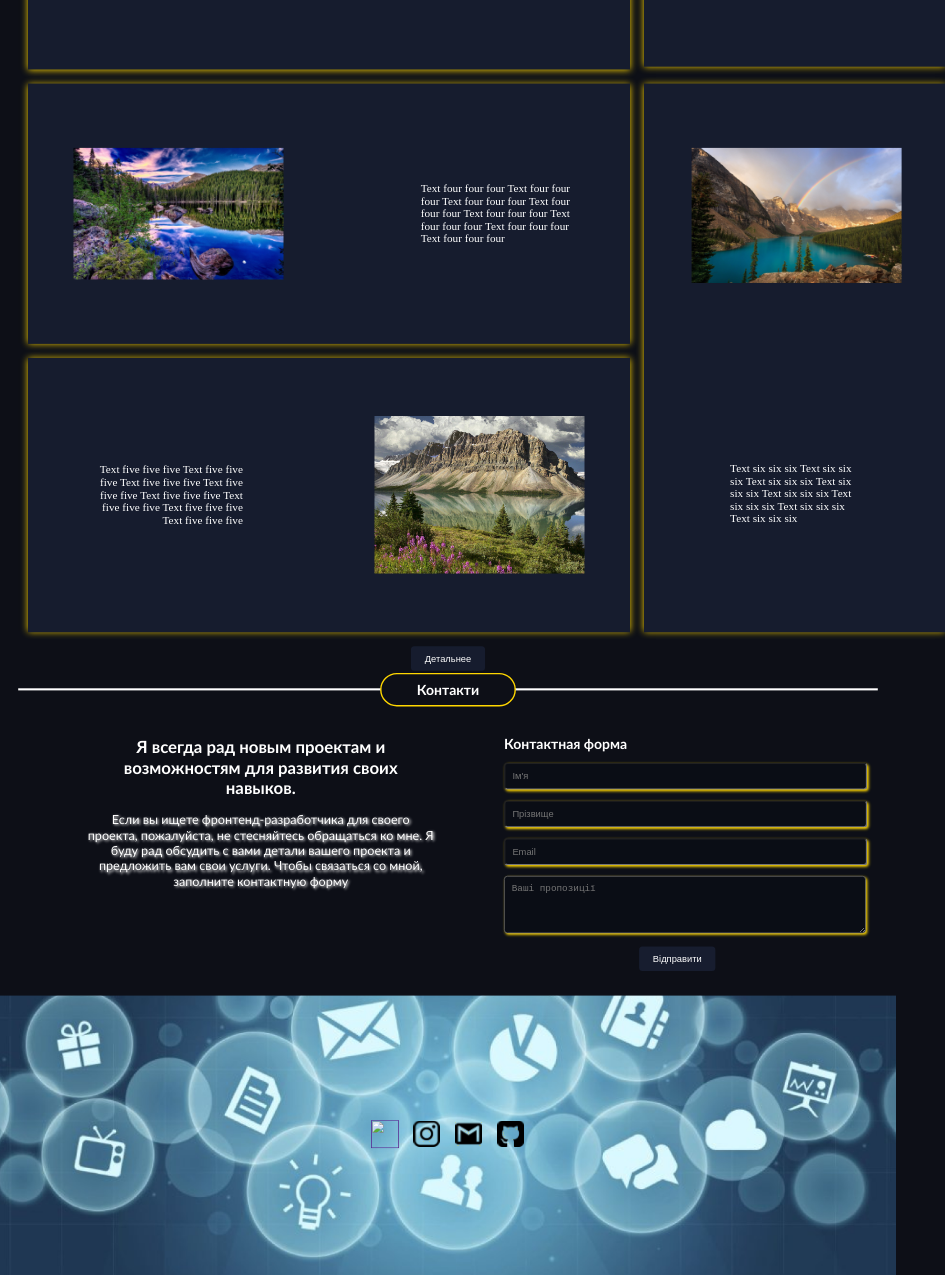
Repository: qtqqrdy13/cv-2
Page: index.html
These files come from the project's save history. The page is drawn as it stood at one moment and after the next save; the edit follows.
The browser window is 1280 px wide. The page is 1350 px wide, so the pictures cover 1350 px, including what lies to the right of the window. The pictures show the part of the page from y = 3646 to 5486 px (the page is 5468 px tall before and 5486 px after), at 70% of full size.

Above is the page before, as saved 2023-10-12 16:44:00.

After the next save:
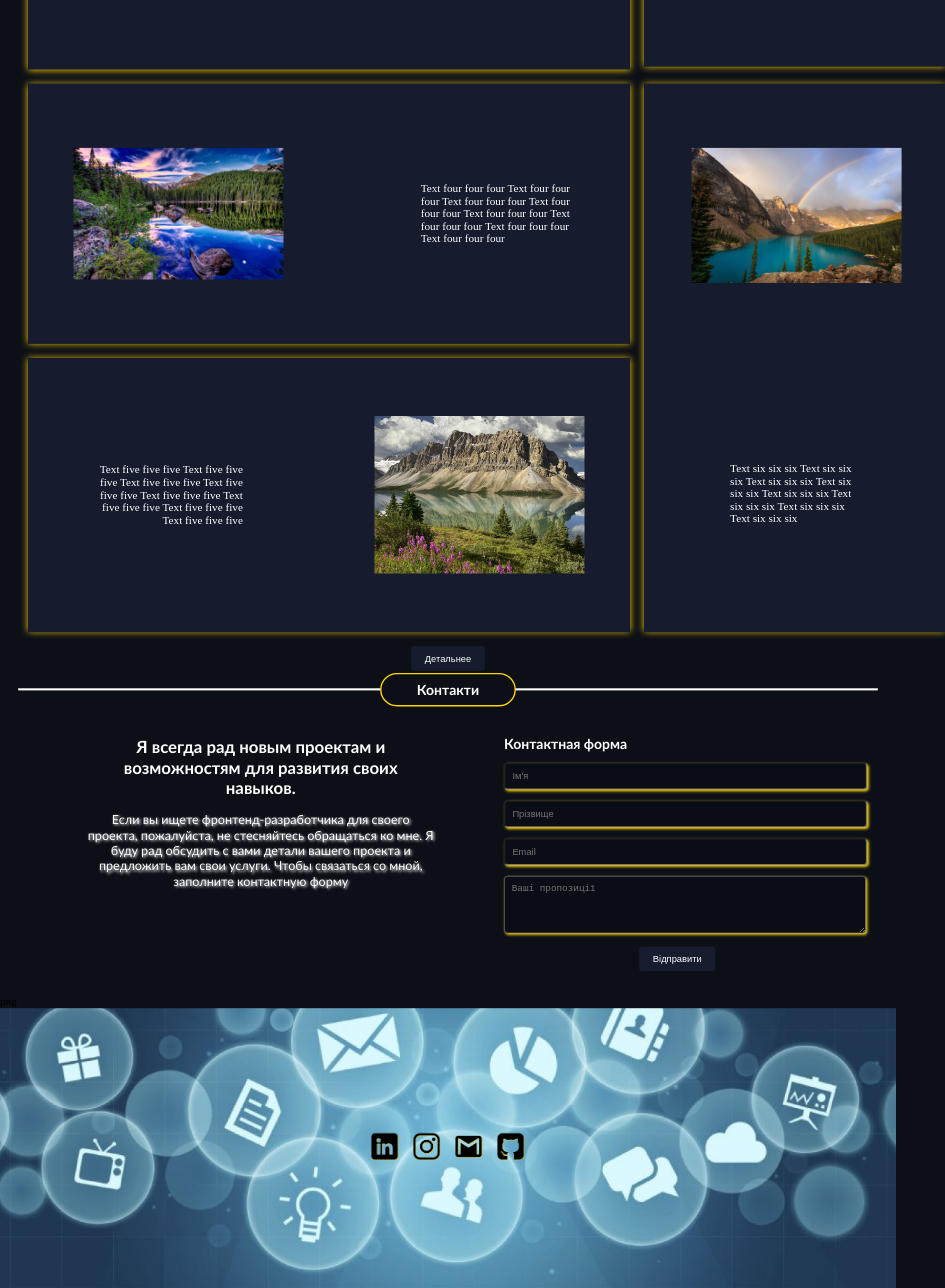
Saved 2 min 10 s later.
--- a/index.html
+++ b/index.html
@@ -213,20 +213,20 @@
                 </div>
             </form>
         </div>
-    </div>
+    </div>png
     <footer>
         <div class="social_icons">
             <a href="" class="icon">
-                <img src="/image/icons/linkedin 1.svg" alt="">
-            </a>
-            <a href="" class="icon">
-                <img src="/image/icons/instagram 1.svg" alt="">
-            </a>
-            <a href="" class="icon">
-                <img src="/image/icons/gmail-logo 1.svg" alt="">
-            </a>
-            <a href="" class="icon">
-                <img src="/image/icons/github-sign 1.svg" alt="">
+                <img src="/image/icons/linkedin 1.png" alt="">
+            </a>
+            <a href="" class="icon">
+                <img src="/image/icons/instagram 1.png" alt="">
+            </a>
+            <a href="" class="icon">
+                <img src="/image/icons/gmail-logo 1.png" alt="">
+            </a>
+            <a href="" class="icon">
+                <img src="/image/icons/github-sign 1.png" alt="">
             </a>
 
         </div>
